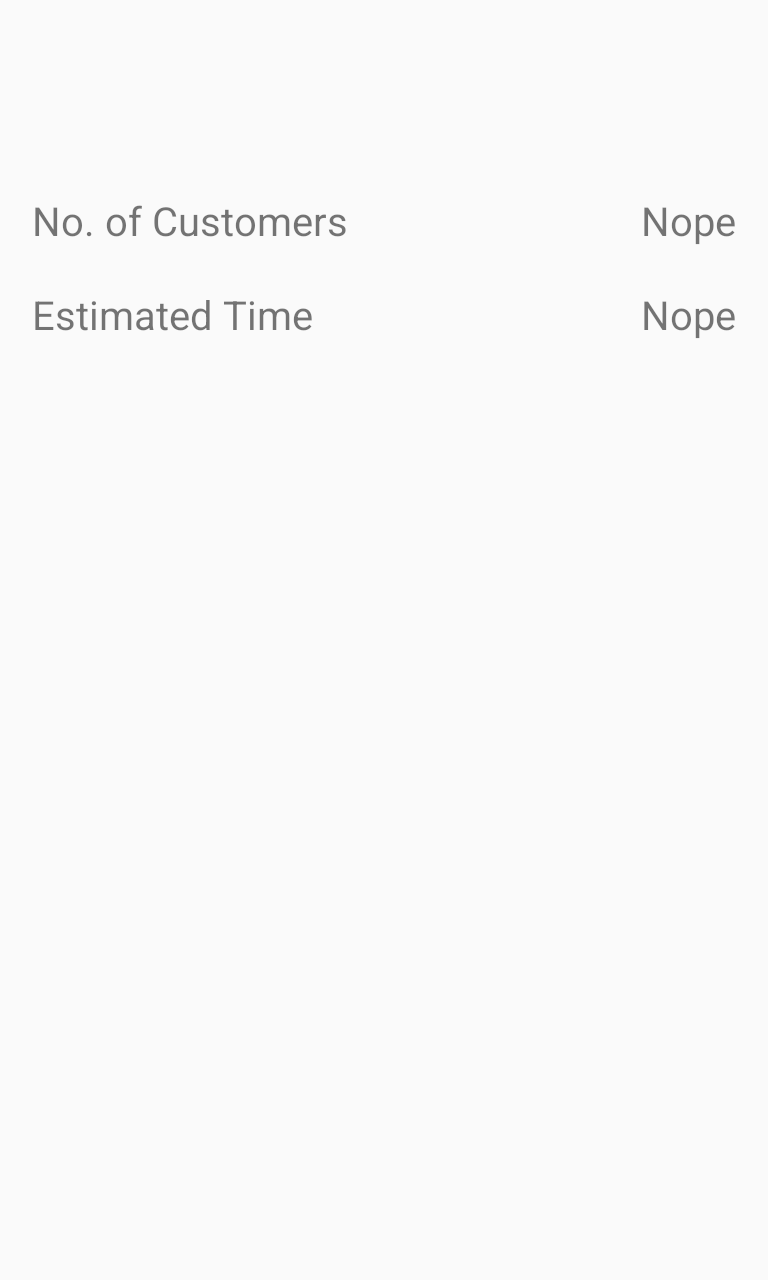
Repository: ag-chirag/brainwaves_enigma
Layout: mobile/Brainwaves/QLess/res/layout/activity_status.xml
The author's editor kept a copy of each file at every save. The layout is drawn from the files as they stood at one save, then again after the next save.
It is drawn on a 768 x 1280 px phone screen (xhdpi) without system bars, with theme AppTheme; the app's code is not run.

Above is the layout before, as saved 2014-11-08 17:59:59.

### mobile/Brainwaves/QLess/res/layout/activity_status.xml
<RelativeLayout xmlns:android="http://schemas.android.com/apk/res/android"
    xmlns:tools="http://schemas.android.com/tools"
    android:layout_width="match_parent"
    android:layout_height="match_parent"
    android:paddingBottom="@dimen/activity_vertical_margin"
    android:paddingLeft="@dimen/activity_horizontal_margin"
    android:paddingRight="@dimen/activity_horizontal_margin"
    android:paddingTop="@dimen/activity_vertical_margin"
    tools:context="com.example.qless.StatusActivity" >

    <TextView
       	android:layout_width="wrap_content"
       	android:layout_height="wrap_content"
       	android:id="@+id/textview1"
       	android:text="@+id/status"
       	android:layout_marginTop="20dp"
       	android:layout_centerHorizontal="true"
       	android:textColor="@color/blue"
        android:textSize="30sp"
        />

    <TextView
       	android:layout_width="wrap_content"
       	android:layout_height="wrap_content"
       	android:id="@+id/textview2"
       	android:text="No. of Customers"
       	android:layout_below="@+id/textview1"
       	android:layout_marginTop="20dp"
       	android:gravity="left"
        android:textSize="20sp"
        />

    <TextView
        android:layout_width="wrap_content"
        android:layout_height="wrap_content"
        android:id="@+id/customer_number"
        android:text="Nope"
        android:layout_below="@+id/textview1"
        android:layout_alignParentRight="true"
        android:layout_marginTop="20dp"
        android:gravity="right"
        android:textSize="20sp"
        />

    <TextView
       	android:layout_width="wrap_content"
       	android:layout_height="wrap_content"
       	android:id="@+id/textview3"
       	android:text="Estimated Time"
       	android:layout_below="@+id/textview2"
       	android:layout_marginTop="20dp"
       	android:gravity="left"
        android:textSize="20sp"
        />

    <TextView
        android:layout_width="wrap_content"
        android:layout_height="wrap_content"
        android:id="@+id/time_left"
        android:text="Nope"
        android:layout_below="@+id/textview2"
        android:layout_alignParentRight="true"
        android:layout_marginTop="20dp"
        android:gravity="right"
        android:textSize="20sp"
        />

</RelativeLayout>

### mobile/Brainwaves/QLess/res/values/color.xml
<?xml version="1.0" encoding="utf-8"?>
<resources>

    <color name="blue">#446a99</color>
    <color name="red">#FF0000</color>
    <color name="black">#000000</color>
    <color name="green">#138808</color>
    <color name="bar">#ff0000</color>
    <color name="white">#fff</color>
    <color name="gray">#eeeeee</color>
    <color name="grey">	#CECECE</color>
    <color name="splash_bg">#eb5115</color>
        <color name="disable">#ccc</color>

    <color name="light_gray">#eeeeee</color>
    <color name="dark_gray">#424244</color>
    <color name="sirius_black">#000000</color>
    <color name="app_color">#ff8033</color>
    <color name="dashboard_bar">#ff8033</color>
    <color name="fixture_title">#000000</color>
    <color name="fixture_teams">#000</color>
    <color name="fixture_status">#000</color>
    <color name="score">#000</color>
    <color name="bar_sel">#ffa233</color>
    <color name="transparent_100">#FF000000</color>
    <color name="transparent_95">#F2000000</color>
    <color name="transparent_90">#E6000000</color>
    <color name="transparent_85">#D9000000</color>
    <color name="transparent_80">#CC000000</color>
    <color name="transparent_75">#BF000000</color>
    <color name="transparent_70">#B3000000</color>
    <color name="transparent_65">#A6000000</color>
    <color name="transparent_60">#99000000</color>
    <color name="transparent_55">#8C000000</color>
    <color name="transparent_50">#80000000</color>
    <color name="transparent_45">#73000000</color>
    <color name="transparent_40">#66000000</color>
    <color name="transparent_35">#59000000</color>
    <color name="transparent_30">#4D000000</color>
    <color name="transparent_25">#40000000</color>
    <color name="transparent_20">#33000000</color>
    <color name="transparent_15">#26000000</color>
    <color name="transparent_10">#1A000000</color>
    <color name="transparent_">#0D000000</color>
    <color name="transparent_0">#00000000</color>
    <color name="dashboard_bg">#eeeeee</color>
    <color name="circle_dashbord_count">#333333</color>
    <color name="live">#cc1111</color>
    <color name="no_matches_sel">#424244</color>
    <color name="no_matches_def">#333333</color>
    <color name="no_matches">#999999</color>
    <color name="bar_header">#2f74a7</color>
    <color name="chart_won">#2f74a7</color>
    <color name="chart_lost">#cc1111</color>
    <color name="chart_tie">#e04a3b</color>
    <color name="achievement">#3d96d8</color>
    <color name="player_name_solo">#ed5114</color>
    <color name="hrr">#333333</color>
    <color name="h_h_header">#666666</color>
    <color name="h_h_text">#333333</color>
    <color name="app_green">#779f38</color>
        <color name="transparent_50_app_color">#80ff8033</color>

</resources>

Loaded but not shown: mobile/Brainwaves/QLess/res/values/styles.xml (common file); mobile/Brainwaves/QLess/res/values-v11/styles.xml (common file); mobile/Brainwaves/QLess/res/values-v14/styles.xml (common file); mobile/Brainwaves/QLess/res/values/dimens.xml (common file); mobile/Brainwaves/QLess/res/values-w820dp/dimens.xml (common file)

After the next save:
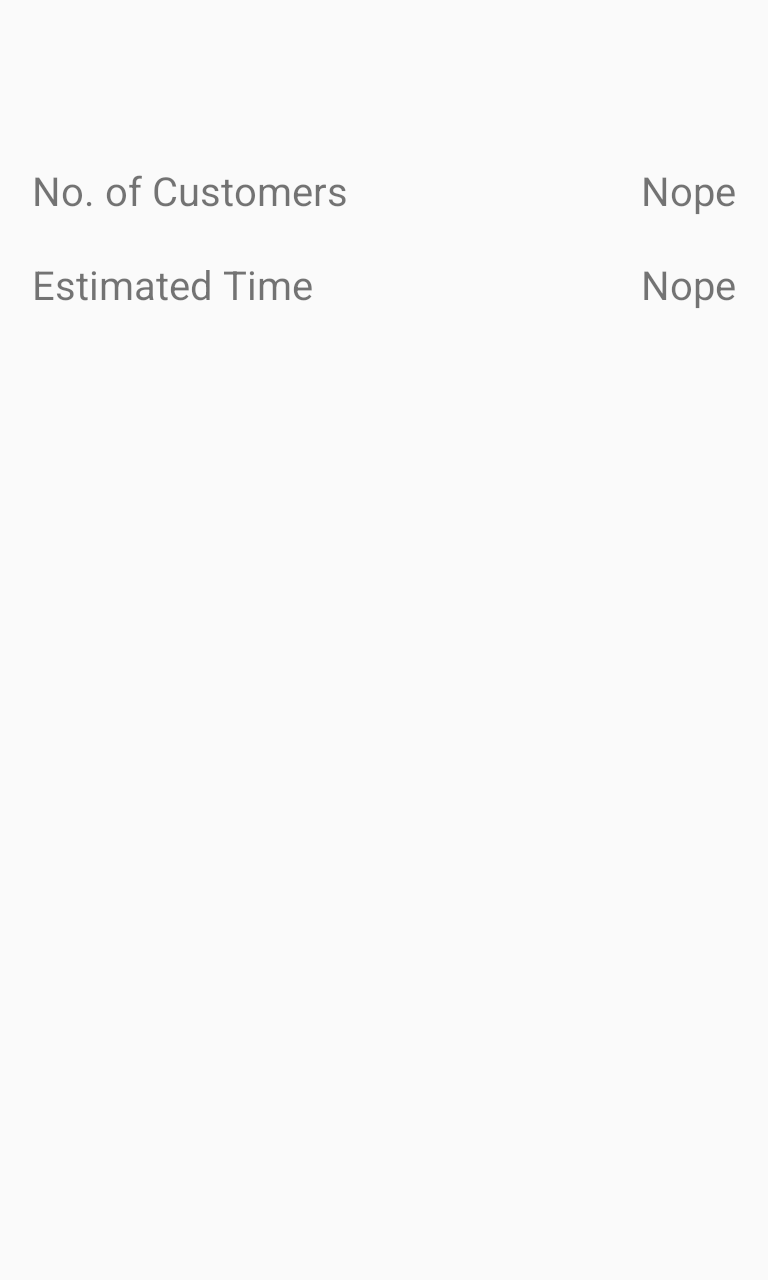
Saved 11 s later.
--- a/mobile/Brainwaves/QLess/res/layout/activity_status.xml
+++ b/mobile/Brainwaves/QLess/res/layout/activity_status.xml
@@ -13,7 +13,7 @@
        	android:layout_height="wrap_content"
        	android:id="@+id/textview1"
        	android:text="@+id/status"
-       	android:layout_marginTop="20dp"
+       	android:layout_marginTop="5dp"
        	android:layout_centerHorizontal="true"
        	android:textColor="@color/blue"
         android:textSize="30sp"
